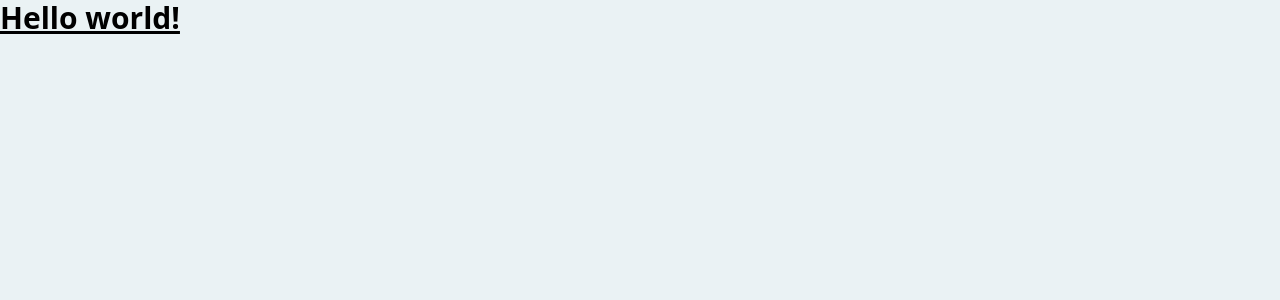
Repository: VishakhaSainani/medical_store
Page: / (app in frontend/)
These files come from the project's save history. The page is drawn as it stood at one moment and after a run of saves; the edit follows.
The browser window is 1280 px wide. The pictures show the whole page.
The project was rebuilt for these pictures with package versions that can differ from the ones it lists, and the page was loaded fresh each time. Also part of the build but not shown: frontend/vite.config.js, frontend/src/components/PrivateRoute.jsx, frontend/src/components/Loader.jsx, frontend/src/redux/api/usersApiSlice.js, frontend/src/pages/User/Profile.jsx, frontend/src/pages/Auth/Login.jsx, frontend/src/pages/Auth/Register.jsx, frontend/src/redux/api/productApiSlice.js and 32 more. Imported but missing from the stored project, and not drawn on this page: frontend/src/components/Message.

Above is the page before, as saved 2024-04-19 22:06:12.

After the next 2 saves:
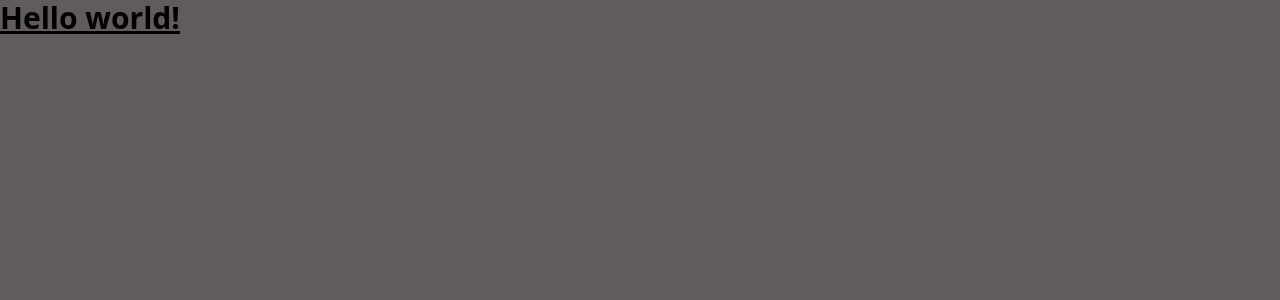
The 2 saves are shown as one change because they came seconds apart.
The last was saved 8 s later.
--- a/frontend/src/index.css
+++ b/frontend/src/index.css
@@ -3,7 +3,7 @@
 @tailwind utilities;
 
 body {
-  background: #eaf2f4;
+  background: #615a5f;
   color: black;
 }
 input,
